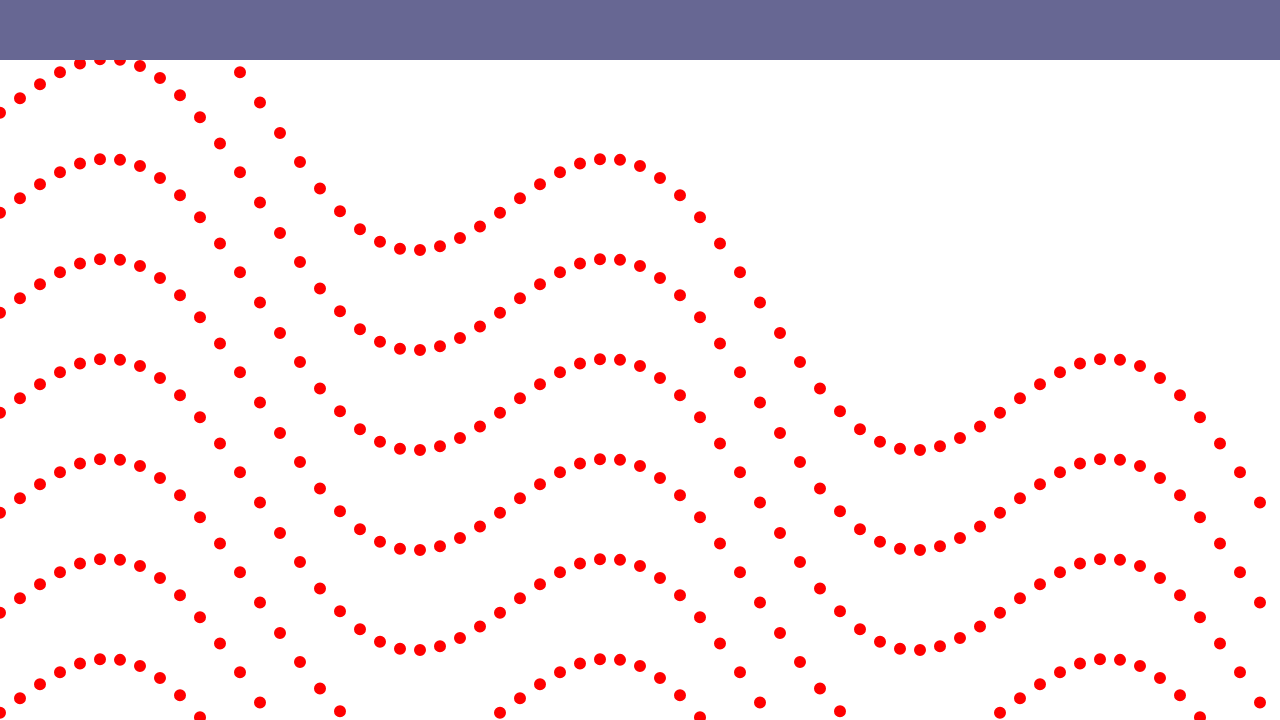
Repository: Iban-del/ProjetBacIban
Page: index.html
These files come from the project's save history. The page is drawn as it stood at one moment and after the next save; the edit follows.
The browser window is 1280 px wide. The pictures show the whole page.

Above is the page before, as saved 2025-02-18 20:13:13.

After the next save:
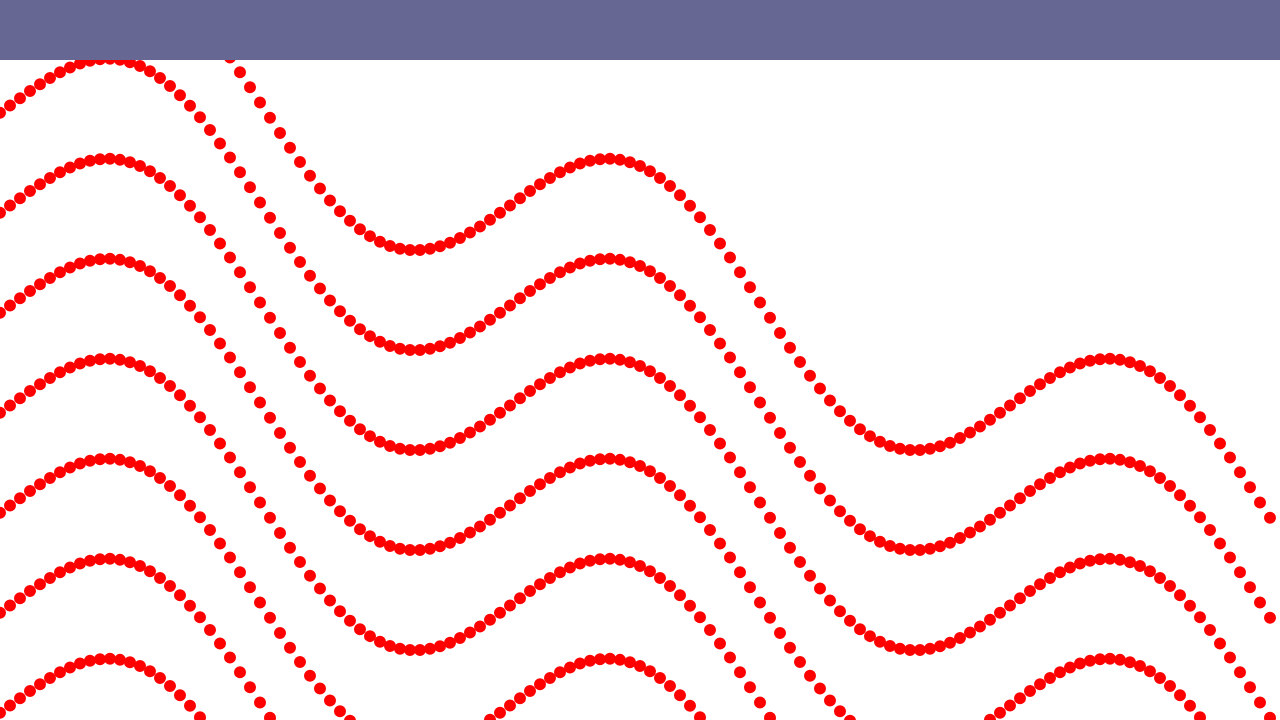
Saved 5 s later.
--- a/js/background.js
+++ b/js/background.js
@@ -68,7 +68,7 @@ function drawVague(ctx){
 
     if(ctx instanceof CanvasRenderingContext2D){
         for(let t = 0;t < window.innerHeight;t+= 100){
-            for(let i = 0 ;i < window.innerWidth;i+=20){
+            for(let i = 0 ;i < window.innerWidth;i+=10){
                 let x = i;
                 let y = vague(x)+(t)+(x*0.4);
                 ctx.beginPath();
